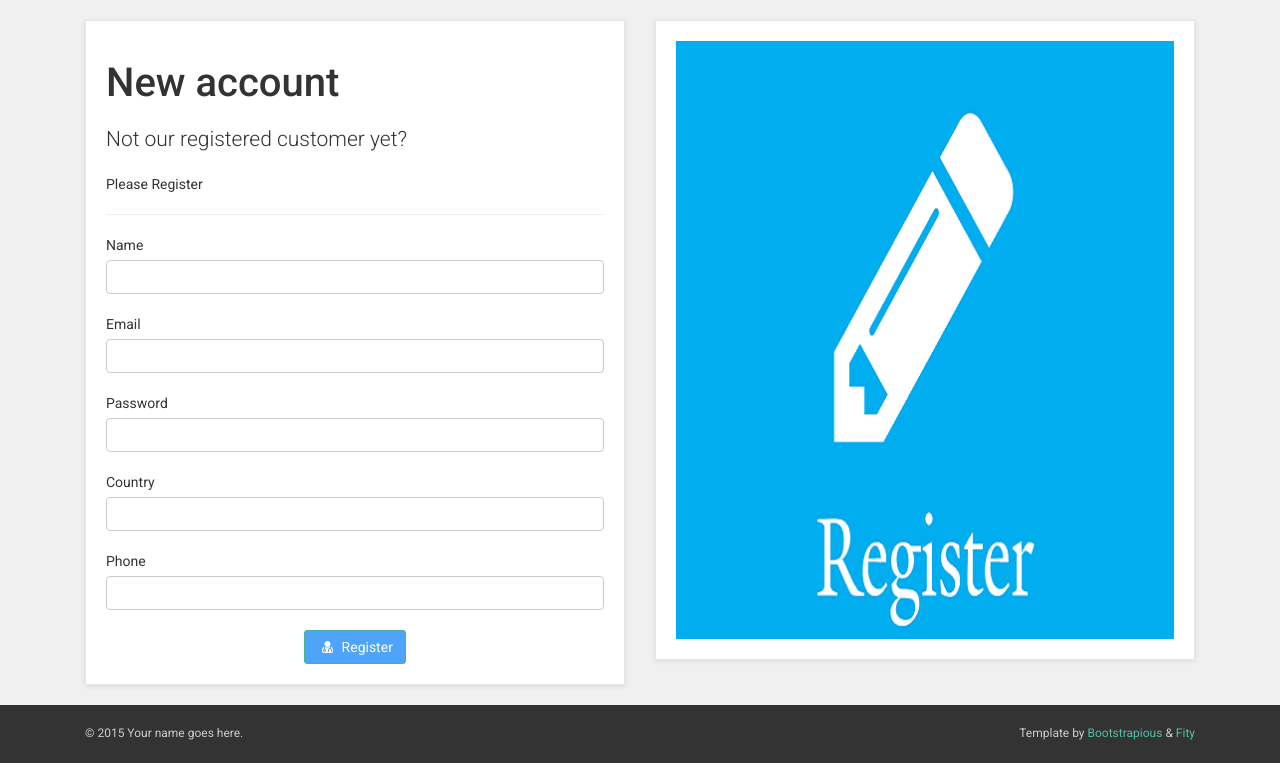
Repository: Sagnikb9/JavaDevops-Ecommerce
Page: http://localhost/MedioxyPharm/register
These files come from the project's save history. The page is drawn as it stood at one moment and after the next save; the edit follows.
The browser window is 1280 px wide. The pictures show the whole page.
The page is served by Tomcat 9.

Above is the page before, as saved 2017-10-01 23:38:57.

After the next save:
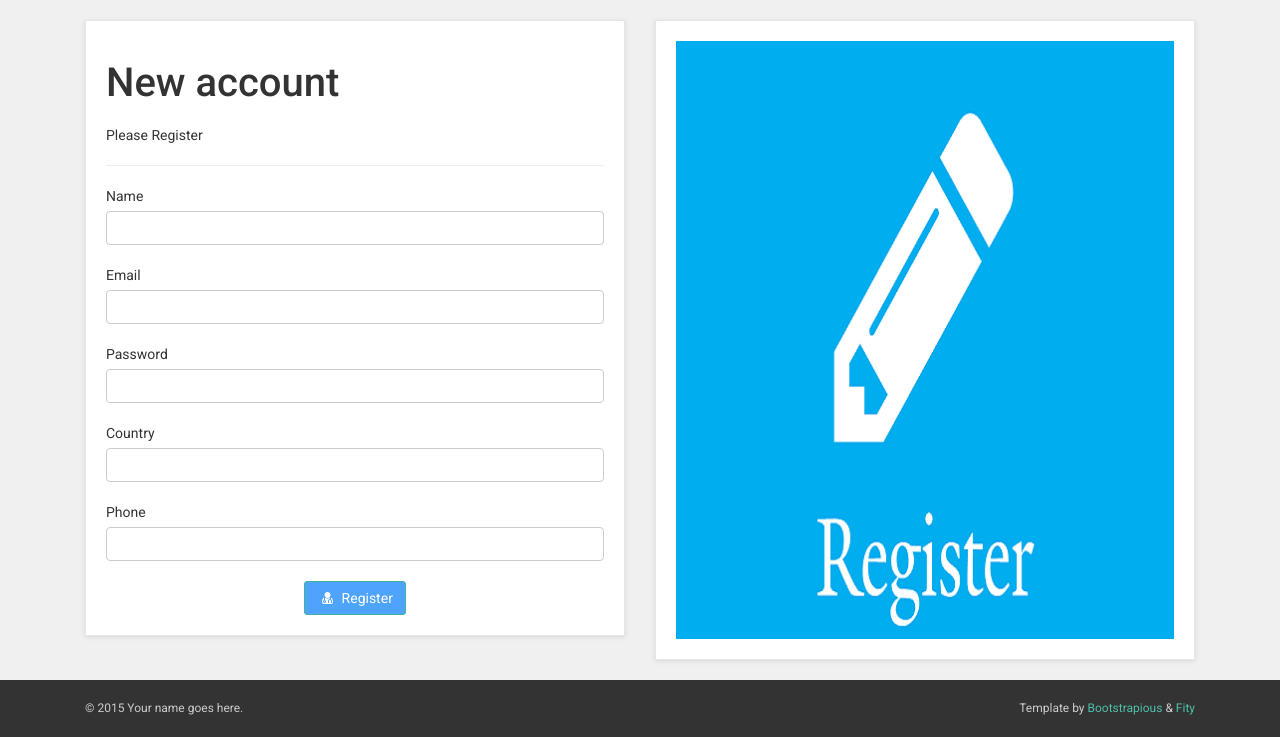
Saved 88 s later.
--- a/MedioxyPharm/src/main/webapp/WEB-INF/views/register.jsp
+++ b/MedioxyPharm/src/main/webapp/WEB-INF/views/register.jsp
@@ -62,7 +62,7 @@
                     <div class="box">
                         <h1>New account</h1>
 
-                        <p class="lead">Not our registered customer yet?</p>
+
                         <p>Please Register</p>
 
                         <hr>
